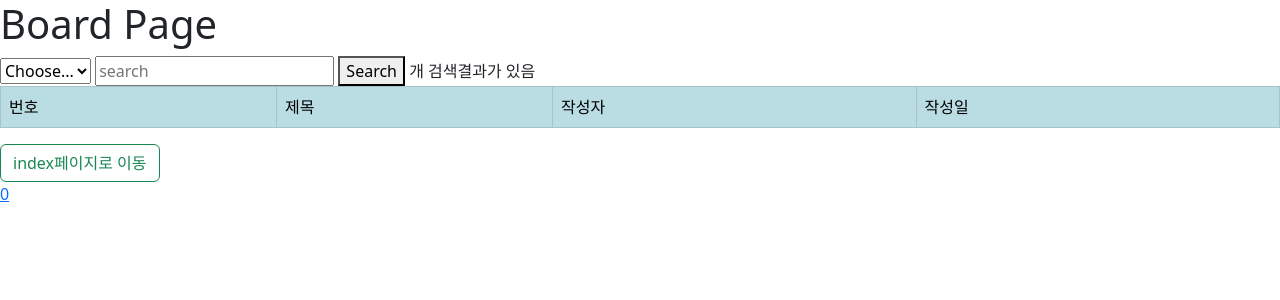
Repository: oco0217/jsp_workspace
Page: http://localhost/jsp_study2/board/list.jsp
An editor plug-in stored every save of this project. The page is shown before and after a run of saves, followed by the edit.
The browser window is 1280 px wide. The pictures show the whole page.
The page is served by Tomcat 9. The template is opened directly, without the code that normally fills it, so the values that code supplies are empty.

Above is the page before, as saved 2024-04-22 08:59:05.

After the next 2 saves:
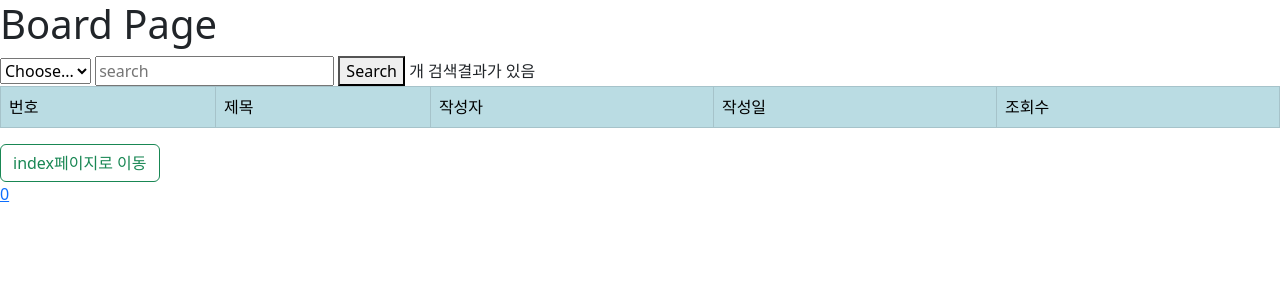
The 2 saves are shown as one change because they came seconds apart.
The last was saved 2 min 26 s later.
--- a/jsp_study2/src/main/webapp/board/list.jsp
+++ b/jsp_study2/src/main/webapp/board/list.jsp
@@ -44,6 +44,7 @@
 			<td>제목</td>
 			<td>작성자</td>
 			<td>작성일</td>
+			<td>조회수</td>
 		</tr>
 
 		<c:forEach items="${list }" var="li">
